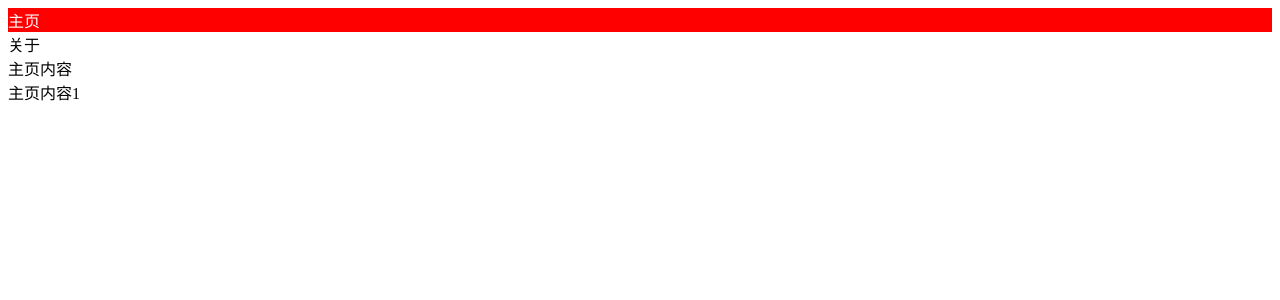
Repository: yuanritian1/5oproject50days
Page: index.html
An editor plug-in stored every save of this project. The page is shown before and after the next save, followed by the edit.
The browser window is 1280 px wide. The pictures show the whole page.

Above is the page before, as saved 2022-09-03 11:36:45.

After the next save:
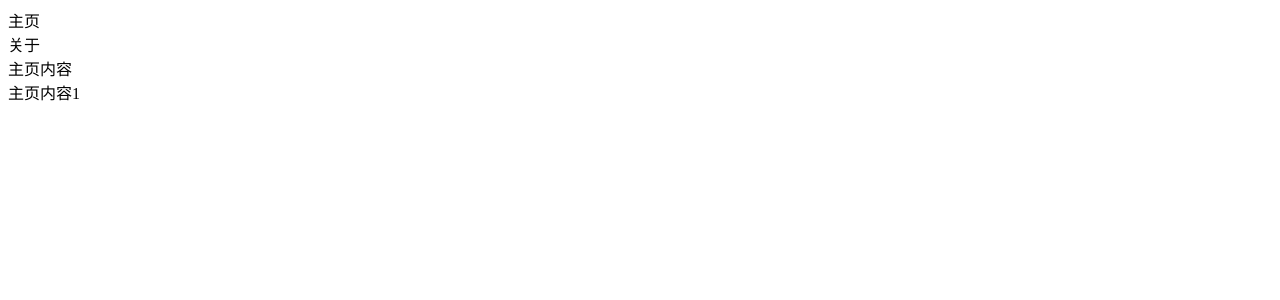
Saved 6 min 28 s later.
--- a/index.html
+++ b/index.html
@@ -17,13 +17,13 @@
 <body>
     <div id="app">
         <div class="btn-container">
-            <div class="btn active" @click='qiehuan(1)'>
+            <div class="btn" @click='qiehuan(1)' :class="(num===1&&state)||num===1?active:''">
                 主页
             </div>
-            <div class="btn " @click='qiehuan(2)'>
+            <div class="btn " @click='qiehuan(2)' :class="num===2&&state?active:''">
                 关于
             </div>
-            <div class="btn " @click='qiehuan(3)'>
+            <div class="btn " @click='qiehuan(3)' :class="num===3&&state?active:''">
                 主页内容
             </div>
         </div>

After the save that followed:
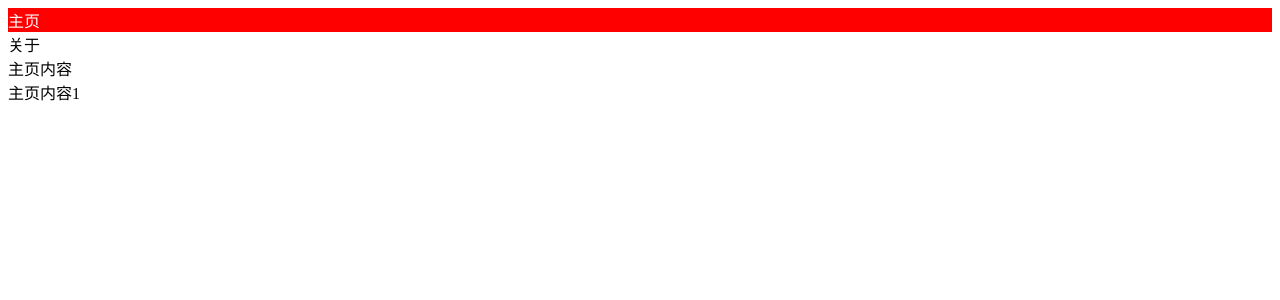
Saved 22 s later.
--- a/index.html
+++ b/index.html
@@ -17,13 +17,13 @@
 <body>
     <div id="app">
         <div class="btn-container">
-            <div class="btn" @click='qiehuan(1)' :class="(num===1&&state)||num===1?active:''">
+            <div class="btn" @click='qiehuan(1)' :class="(num===1&&state)||num===1?'active':''">
                 主页
             </div>
-            <div class="btn " @click='qiehuan(2)' :class="num===2&&state?active:''">
+            <div class="btn " @click='qiehuan(2)' :class="num===2&&state?'active':''">
                 关于
             </div>
-            <div class="btn " @click='qiehuan(3)' :class="num===3&&state?active:''">
+            <div class="btn " @click='qiehuan(3)' :class="num===3&&state?'active':''">
                 主页内容
             </div>
         </div>
